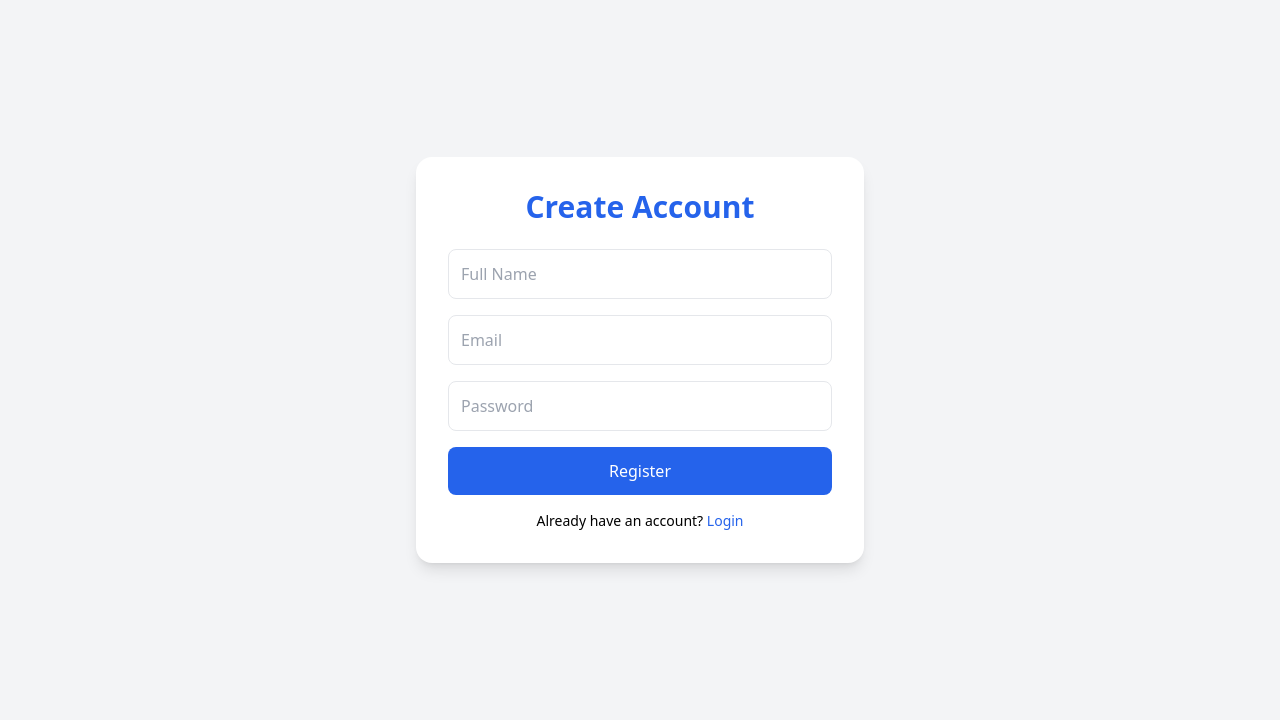
Repository: Gazal1116/Reliefsync
Page: / (app in Frontend/)
These files come from the project's save history. The page is drawn as it stood at one moment and after the next save; the edit follows.
The browser window is 1280 px wide. The pictures show the whole page.
The project was rebuilt for these pictures with package versions that can differ from the ones it lists, and the page was loaded fresh each time. Also part of the build but not shown: Frontend/vite.config.js.

Above is the page before, as saved 2026-03-02 22:48:46.

### Frontend/index.html
<!doctype html>
<html lang="en">
  <head>
    <meta charset="UTF-8" />
    <link rel="icon" type="image/svg+xml" href="/vite.svg" />
    <meta name="viewport" content="width=device-width, initial-scale=1.0" />
    <title>reliefsync</title>
  </head>
  <body>
    <div id="root"></div>
    <script type="module" src="/src/main.jsx"></script>
  </body>
</html>

### Frontend/src/index.css
/* stylelint-disable */
@tailwind base;
@tailwind components;
@tailwind utilities;

### Frontend/src/App.jsx
import { BrowserRouter, Routes, Route } from "react-router-dom";
import Register from "./components/register";

function App() {
  return (
    <BrowserRouter>
      <Routes>
        {/* Make Register the default page */}
        <Route path="/" element={<Register />} />
      </Routes>
    </BrowserRouter>
  );
}

export default App;

### Frontend/src/components/register.jsx
import { Link } from "react-router-dom";

function Register() {
  return (
    <div className="flex items-center justify-center min-h-screen bg-gray-100">
      <div className="w-full max-w-md p-8 bg-white rounded-2xl shadow-lg">
        <h2 className="mb-6 text-3xl font-bold text-center text-blue-600">
          Create Account
        </h2>

        <form className="space-y-4">
          <input
            type="text"
            placeholder="Full Name"
            className="w-full p-3 border rounded-lg focus:outline-none focus:ring-2 focus:ring-blue-400"
          />

          <input
            type="email"
            placeholder="Email"
            className="w-full p-3 border rounded-lg focus:outline-none focus:ring-2 focus:ring-blue-400"
          />

          <input
            type="password"
            placeholder="Password"
            className="w-full p-3 border rounded-lg focus:outline-none focus:ring-2 focus:ring-blue-400"
          />

          <button
            type="submit"
            className="w-full p-3 text-white bg-blue-600 rounded-lg hover:bg-blue-700 transition"
          >
            Register
          </button>
        </form>

        <p className="mt-4 text-sm text-center">
          Already have an account?{" "}
          <Link to="/" className="text-blue-600 hover:underline">
            Login
          </Link>
        </p>
      </div>
    </div>
  );
}

export default Register;

Loaded but not shown: Frontend/src/main.jsx (common file); Frontend/tailwind.config.js (common file)

After the next save:
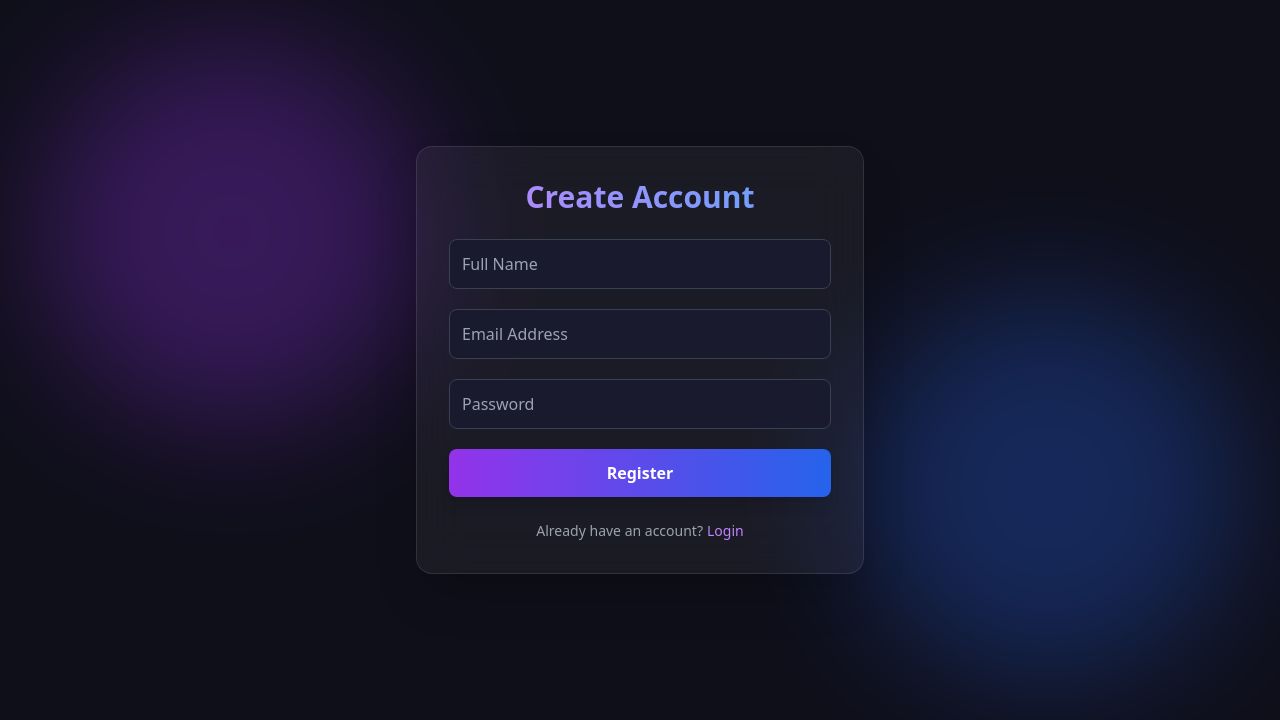
Saved 11 h 54 min later.
--- a/Frontend/src/components/register.jsx
+++ b/Frontend/src/components/register.jsx
@@ -1,46 +1,80 @@
-import { Link } from "react-router-dom";
+import { useState } from "react";
 
 function Register() {
+  const [formData, setFormData] = useState({
+    name: "",
+    email: "",
+    password: ""
+  });
+
+  const handleChange = (e) => {
+    setFormData({
+      ...formData,
+      [e.target.name]: e.target.value
+    });
+  };
+
+  const handleSubmit = (e) => {
+    e.preventDefault();
+    console.log(formData);
+  };
+
   return (
-    <div className="flex items-center justify-center min-h-screen bg-gray-100">
-      <div className="w-full max-w-md p-8 bg-white rounded-2xl shadow-lg">
-        <h2 className="mb-6 text-3xl font-bold text-center text-blue-600">
+    <div className="min-h-screen flex items-center justify-center bg-[#0f0f1a] relative overflow-hidden">
+
+      {/* Background Glow */}
+      <div className="absolute w-96 h-96 bg-purple-600 opacity-30 blur-3xl rounded-full top-10 left-10"></div>
+      <div className="absolute w-96 h-96 bg-blue-600 opacity-30 blur-3xl rounded-full bottom-10 right-10"></div>
+
+      {/* Register Card */}
+      <div className="relative z-10 w-full max-w-md p-8 rounded-2xl backdrop-blur-xl bg-white/5 border border-white/10 shadow-2xl">
+
+        <h2 className="text-3xl font-bold text-center mb-6 bg-gradient-to-r from-purple-400 to-blue-400 bg-clip-text text-transparent">
           Create Account
         </h2>
 
-        <form className="space-y-4">
+        <form onSubmit={handleSubmit} className="space-y-5">
+
           <input
             type="text"
+            name="name"
             placeholder="Full Name"
-            className="w-full p-3 border rounded-lg focus:outline-none focus:ring-2 focus:ring-blue-400"
+            onChange={handleChange}
+            className="w-full p-3 rounded-lg bg-[#1a1a2e] text-white border border-gray-700 focus:outline-none focus:ring-2 focus:ring-purple-500 transition"
           />
 
           <input
             type="email"
-            placeholder="Email"
-            className="w-full p-3 border rounded-lg focus:outline-none focus:ring-2 focus:ring-blue-400"
+            name="email"
+            placeholder="Email Address"
+            onChange={handleChange}
+            className="w-full p-3 rounded-lg bg-[#1a1a2e] text-white border border-gray-700 focus:outline-none focus:ring-2 focus:ring-blue-500 transition"
           />
 
           <input
             type="password"
+            name="password"
             placeholder="Password"
-            className="w-full p-3 border rounded-lg focus:outline-none focus:ring-2 focus:ring-blue-400"
+            onChange={handleChange}
+            className="w-full p-3 rounded-lg bg-[#1a1a2e] text-white border border-gray-700 focus:outline-none focus:ring-2 focus:ring-purple-500 transition"
           />
 
           <button
             type="submit"
-            className="w-full p-3 text-white bg-blue-600 rounded-lg hover:bg-blue-700 transition"
+            className="w-full p-3 rounded-lg font-semibold text-white bg-gradient-to-r from-purple-600 to-blue-600 hover:scale-105 transition-transform duration-300 shadow-lg"
           >
             Register
           </button>
+
         </form>
 
-        <p className="mt-4 text-sm text-center">
-          Already have an account?{" "}
-          <Link to="/" className="text-blue-600 hover:underline">
+        <p className="text-gray-400 text-sm text-center mt-6">
+          Already have an account?
+          <span className="text-purple-400 hover:underline cursor-pointer ml-1">
             Login
-          </Link>
+          </span>
         </p>
+
       </div>
     </div>
   );
